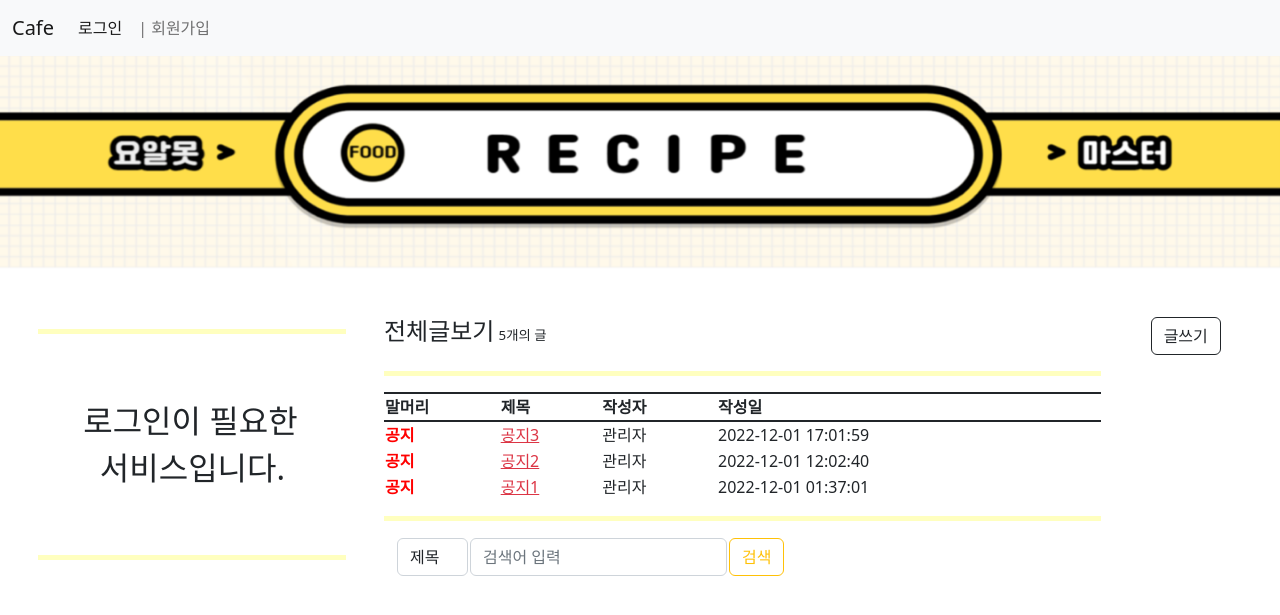
Repository: minz-cha/web_project
Page: http://localhost/jspbook/project/Main.jsp
An editor plug-in stored every save of this project. The page is shown before and after the next save, followed by the edit.
The browser window is 1280 px wide. The pictures show the whole page.
The page is served by Tomcat 9. Nobody is signed in. The application's start-up code is not run. Queries for data that is not in the repository find no rows.

Above is the page before, as saved 2022-12-04 16:30:23.

After the next save:
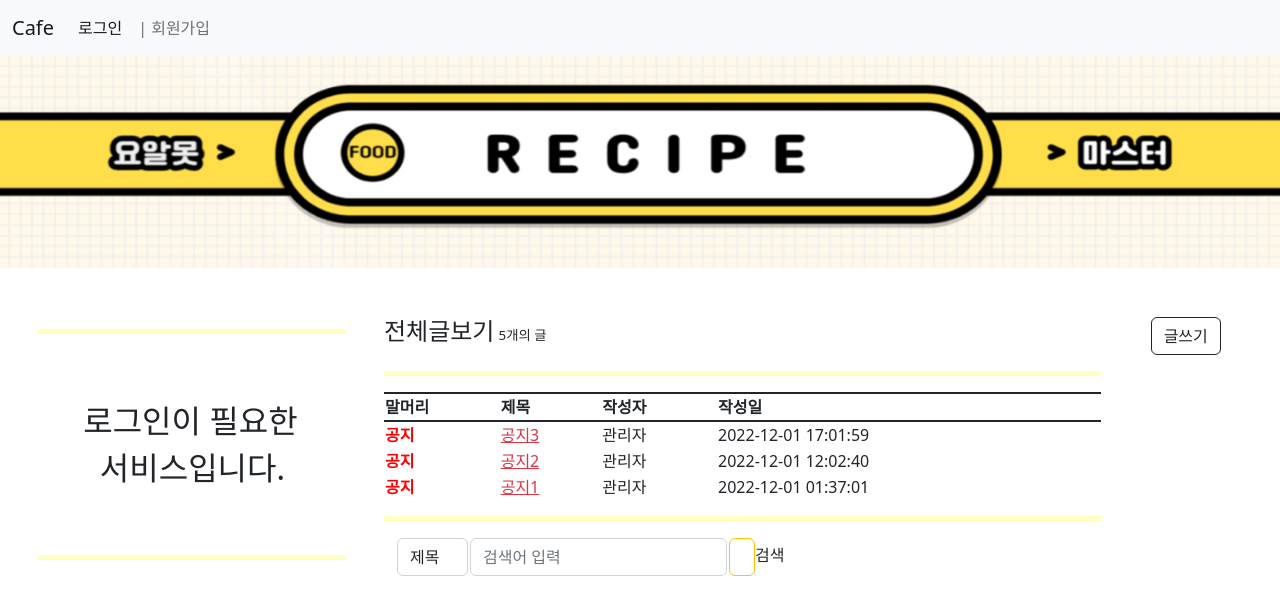
Saved 55 s later.
--- a/jspbook/WebContent/project/Main.jsp
+++ b/jspbook/WebContent/project/Main.jsp
@@ -194,7 +194,7 @@
 									</select></td>
 									<td><input type="text" class="form-control" id="inputText" name="inputText"
 										placeholder="검색어 입력" name="searchText" maxlength="100"></td>
-									<td><button type="button" class="btn btn-outline-warning"
+									<td><input type="button" class="btn btn-outline-warning"
 											onclick="onSearch()">검색</button></td>
 								</tr>
 

After the save that followed:
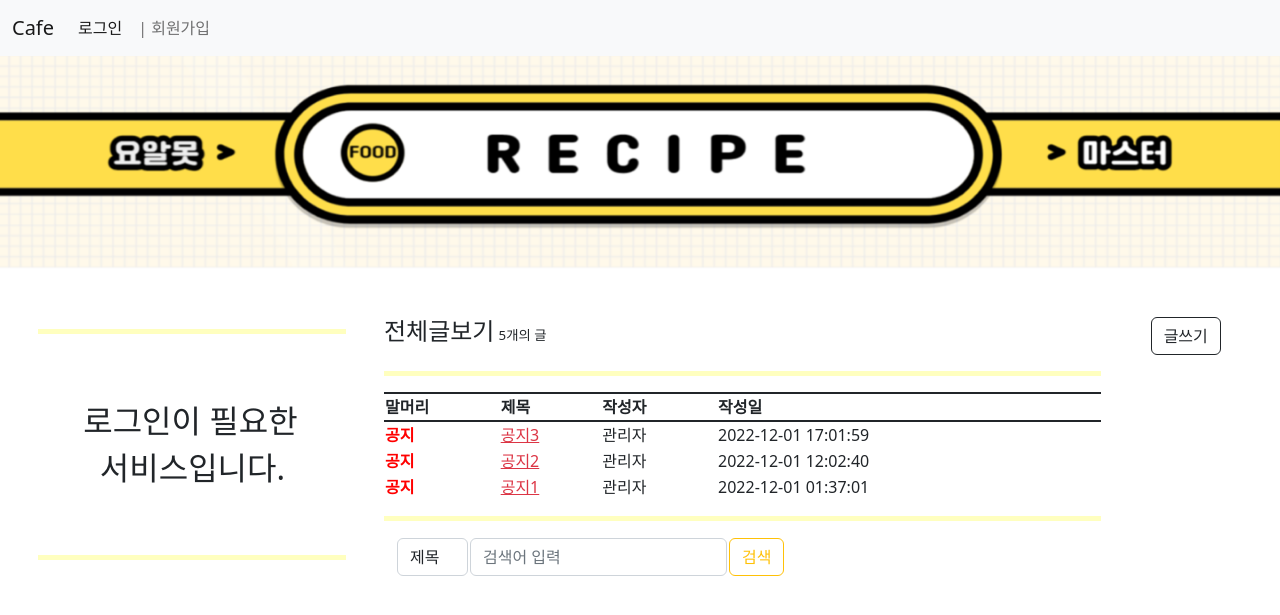
Saved 10 s later.
--- a/jspbook/WebContent/project/Main.jsp
+++ b/jspbook/WebContent/project/Main.jsp
@@ -195,7 +195,7 @@
 									<td><input type="text" class="form-control" id="inputText" name="inputText"
 										placeholder="검색어 입력" name="searchText" maxlength="100"></td>
 									<td><input type="button" class="btn btn-outline-warning"
-											onclick="onSearch()">검색</button></td>
+											onclick="onSearch()" value="검색"></td>
 								</tr>
 
 							</table>
